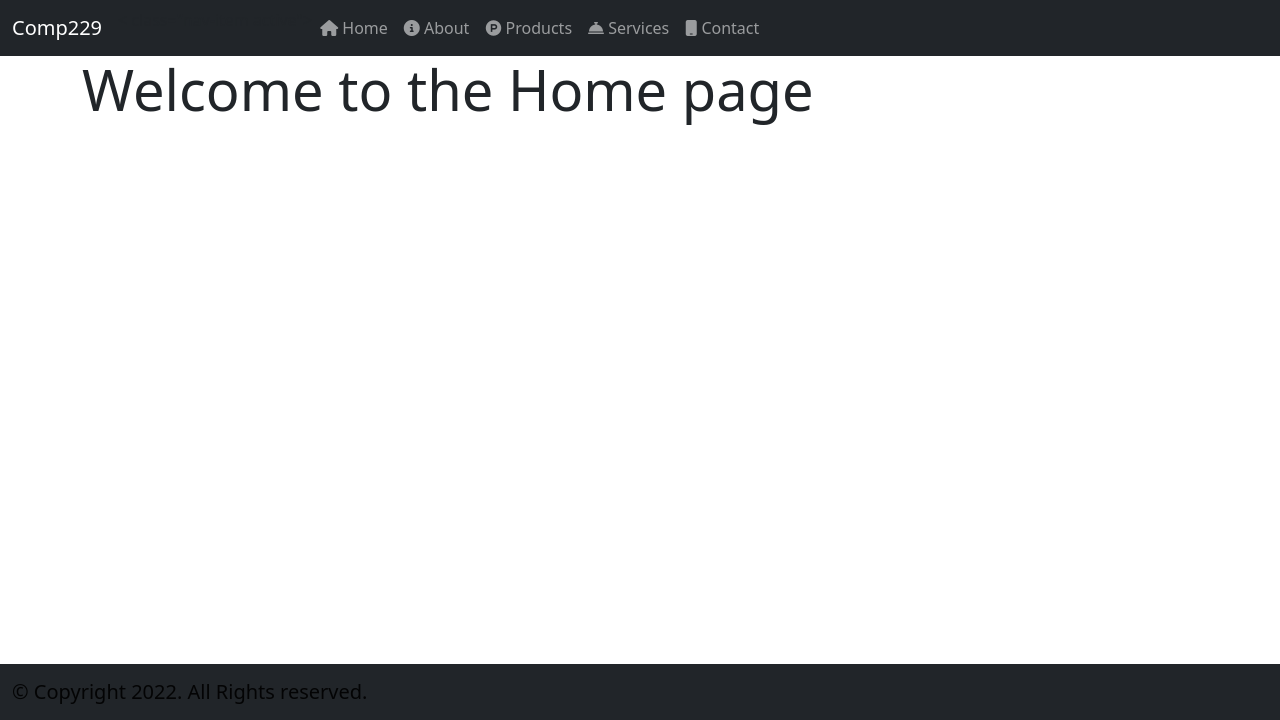
Repository: nhoque7/week3t.2
Page: http://localhost/
An editor plug-in stored every save of this project. The page is shown before and after the next save, followed by the edit.
The browser window is 1280 px wide. The pictures show the whole page.
The page is served by the project's Node server (server.js). Other server files are loaded and not shown.

Above is the page before, as saved 2022-10-13 23:50:06.

### views/index.ejs
<!DOCTYPE html>
<html lang="en">
<head>
  <meta charset="UTF-8">
  <meta http-equiv="X-UA-Compatible" content="IE=edge">
  <meta name="viewport" content="width=device-width, initial-scale=1.0">
  <title><%= title %></title>
  <!-- CSS Section -->
  <link rel="stylesheet" href="/bootstrap/dist/css/bootstrap.min.css">
  <link rel="stylesheet" href="/@fortawesome/fontawesome-free/css/all.min.css">
  <link rel='stylesheet' href='/Content/app.css' />

</head>
<body>
  <!--Main Navigation-->
  <nav class="navbar navbar-expand-lg navbar-dark bg-dark">
    <div class="container-fluid">
      <a class="navbar-brand" href="/">Comp229</a>
      <button class="navbar-toggler" type="button" data-bs-toggle="collapse" data-bs-target="#navbarSupportedContent" aria-controls="navbarSupportedContent" aria-expanded="false" aria-label="Toggle navigation">
        <span class="navbar-toggler-icon"></span>
      </button>

      <div class="collapse navbar-collapse" id="navbarSupportedContent">
        <ul class="navbar-nav me-auto mb-2 mb-lg-0">

          <% if (title == "Home") { %>
          < class="nav-item active">
          <% } else { %>
          <% } %>
          <li class="nav-item">
            <a class="nav-link" aria-current="page" href="/home"><i class="fa-sharp fa-solid fa-house"></i> Home</a>
          </li>

          <% if (title == "About") { %>
          < class="nav-item active">
          <% } else { %>
          <% } %>
          <li class="nav-item">
            <a class="nav-link" aria-current="page" href="/about"><i class="fa-sharp fa-solid fa-circle-info"></i> About</a>
          </li>

          <% if (title == "Products") { %>
          < class="nav-item active">
          <% } else { %>
          <% } %>
          <li class="nav-item">
            <a class="nav-link" aria-current="page" href="/products"><i class="fa-brands fa-product-hunt"></i> Products</a>
          </li>

          <% if (title == "Services") { %>
          < class="nav-item active">
          <% } else { %>
          <% } %>
          <li class="nav-item">
            <a class="nav-link" aria-current="page" href="/services"><i class="fa-sharp fa-solid fa-bell-concierge"></i> Services</a>
          </li>

          <% if (title == "Contact") { %>
          < class="nav-item active">
          <% } else { %>
          <% } %>
          <li class="nav-item">
            <a class="nav-link" aria-current="page" href="/contact"><i class="fa-solid fa-mobile"></i> Contact</a>
          </li>

      </div>
    </div>
  </nav>

  <!--Main Content-->
  <main class="container">
    <div class="jumbotorn">
      <h1 class="display-4">Welcome to the <%= title %> page</h1>
    </div>
  </main>

  <!-- Bottom Nav -->
  <footer>
    <nav class="navbar fixed-bottom bg-dark">

      <div class="container-fluid">
        <a class="navbar-brand" href="#">&copy; Copyright 2022. All Rights reserved.</a>
      </div>
    </nav>
  </footer>

    <!-- Script Section -->
    <script src="/jquery/dist/jquery.min.js"></script>
    <script src="/bootstrap/dist/js/bootstrap.min.js"></script>
    <script src="/Scripts/app.js"></script>

</body>
</html>

### server.js
#!/usr/bin/env node

/**
 * Module dependencies.
 */

var app = require('./app');
var debug = require('debug')('week3.t.2:server');
var http = require('http');

/**
 * Get port from environment and store in Express.
 */

var port = normalizePort(process.env.PORT || '3000');
app.set('port', port);

/**
 * Create HTTP server.
 */

var server = http.createServer(app);

/**
 * Listen on provided port, on all network interfaces.
 */

server.listen(port);
server.on('error', onError);
server.on('listening', onListening);

/**
 * Normalize a port into a number, string, or false.
 */

function normalizePort(val) {
  var port = parseInt(val, 10);

  if (isNaN(port)) {
    // named pipe
    return val;
  }

  if (port >= 0) {
    // port number
    return port;
  }

  return false;
}

/**
 * Event listener for HTTP server "error" event.
 */

function onError(error) {
  if (error.syscall !== 'listen') {
    throw error;
  }

  var bind = typeof port === 'string'
    ? 'Pipe ' + port
    : 'Port ' + port;

  // handle specific listen errors with friendly messages
  switch (error.code) {
    case 'EACCES':
      console.error(bind + ' requires elevated privileges');
      process.exit(1);
      break;
    case 'EADDRINUSE':
      console.error(bind + ' is already in use');
      process.exit(1);
      break;
    default:
      throw error;
  }
}

/**
 * Event listener for HTTP server "listening" event.
 */

function onListening() {
  var addr = server.address();
  var bind = typeof addr === 'string'
    ? 'pipe ' + addr
    : 'port ' + addr.port;
  debug('Listening on ' + bind);
}

### routes/index.js
var express = require('express');
var router = express.Router();

/* GET home page. */
router.get('/', function(req, res, next) {
  res.render('index',
    { title: 'Home'});
});
/* GET home page. */
router.get('/home', function(req, res, next) {
  res.render('index',
    { title: 'Home'});
});
/* GET About page. */
router.get('/about', function(req, res, next) {
  res.render('index',
    { title: 'About'});
});
/* GET Products page. */
router.get('/products', function(req, res, next) {
  res.render('index',
    { title: 'Products'});
});
/* GET Services page. */
router.get('/services', function(req, res, next) {
  res.render('index',
    { title: 'Services'});
});

/* GET Contact Us page. */
router.get('/contact', function(req, res, next) {
  res.render('index',
    { title: 'Contact Us'});
});

module.exports = router;

### app.js
let createError = require('http-errors');
let express = require('express');
let path = require('path');
let cookieParser = require('cookie-parser');
let logger = require('morgan');

let indexRouter = require('./routes/index');
let usersRouter = require('./routes/users');

let app = express();

// view engine setup
app.set('views', path.join(__dirname, 'views'));
app.set('view engine', 'ejs');

app.use(logger('dev'));
app.use(express.json());
app.use(express.urlencoded({ extended: false }));
app.use(cookieParser());
app.use(express.static(path.join(__dirname, 'public')));
app.use(express.static(path.join(__dirname, 'node_modules')));

app.use('/', indexRouter);
app.use('/users', usersRouter);

// catch 404 and forward to error handler
app.use(function(req, res, next) {
  next(createError(404));
});

// error handler
app.use(function(err, req, res, next) {
  // set locals, only providing error in development
  res.locals.message = err.message;
  res.locals.error = req.app.get('env') === 'development' ? err : {};

  // render the error page
  res.status(err.status || 500);
  res.render('error');
});

module.exports = app;

### public/Content/app.css
/*custom css goes here

### public/Scripts/app.js
// IIFE -- Immediately Invoked Function Expression
(function(){
    function Start()
    {
        console.log("App Started...");
    }
    window.addEventListener("load", Start);

});

After the next save:
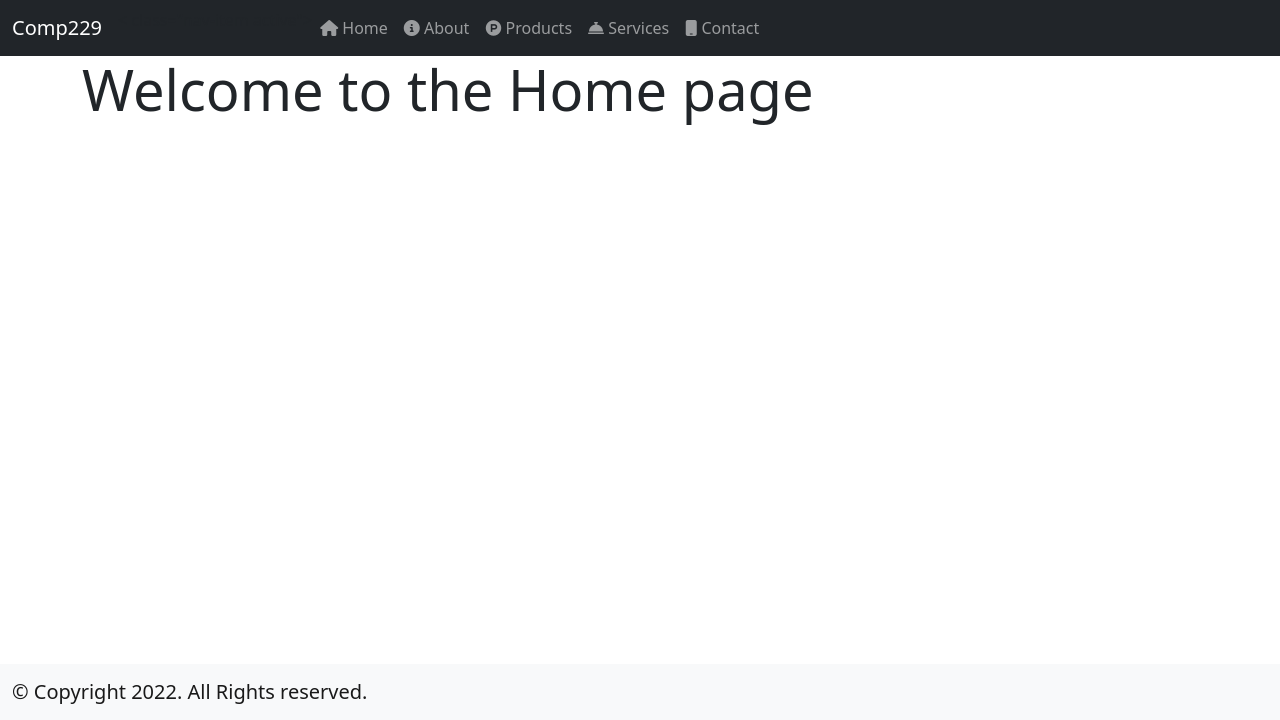
Saved 18 s later.
--- a/views/index.ejs
+++ b/views/index.ejs
@@ -76,7 +76,7 @@
 
   <!-- Bottom Nav -->
   <footer>
-    <nav class="navbar fixed-bottom bg-dark">
+    <nav class="navbar fixed-bottom bg-light">
 
       <div class="container-fluid">
         <a class="navbar-brand" href="#">&copy; Copyright 2022. All Rights reserved.</a>

After the save that followed:
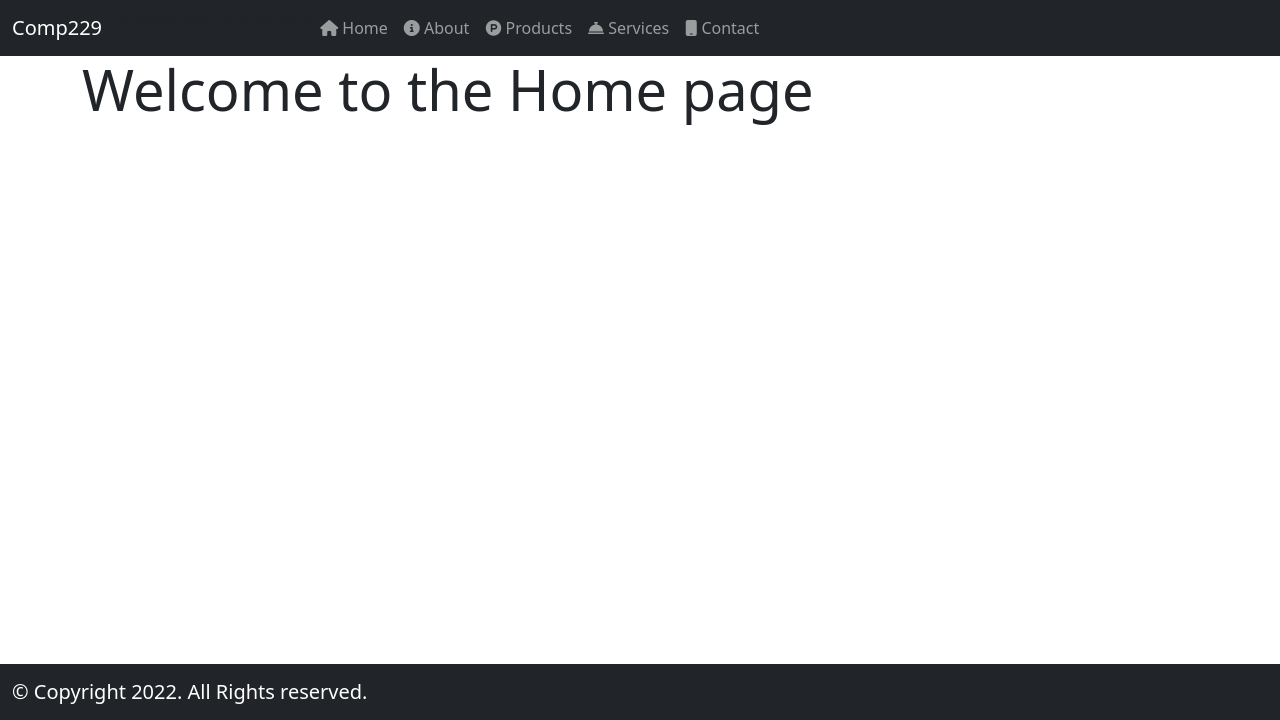
Saved 3 min 38 s later.
--- a/views/index.ejs
+++ b/views/index.ejs
@@ -76,7 +76,7 @@
 
   <!-- Bottom Nav -->
   <footer>
-    <nav class="navbar fixed-bottom bg-light">
+    <nav class="navbar fixed-bottom navbar-dark bg-dark">
 
       <div class="container-fluid">
         <a class="navbar-brand" href="#">&copy; Copyright 2022. All Rights reserved.</a>
